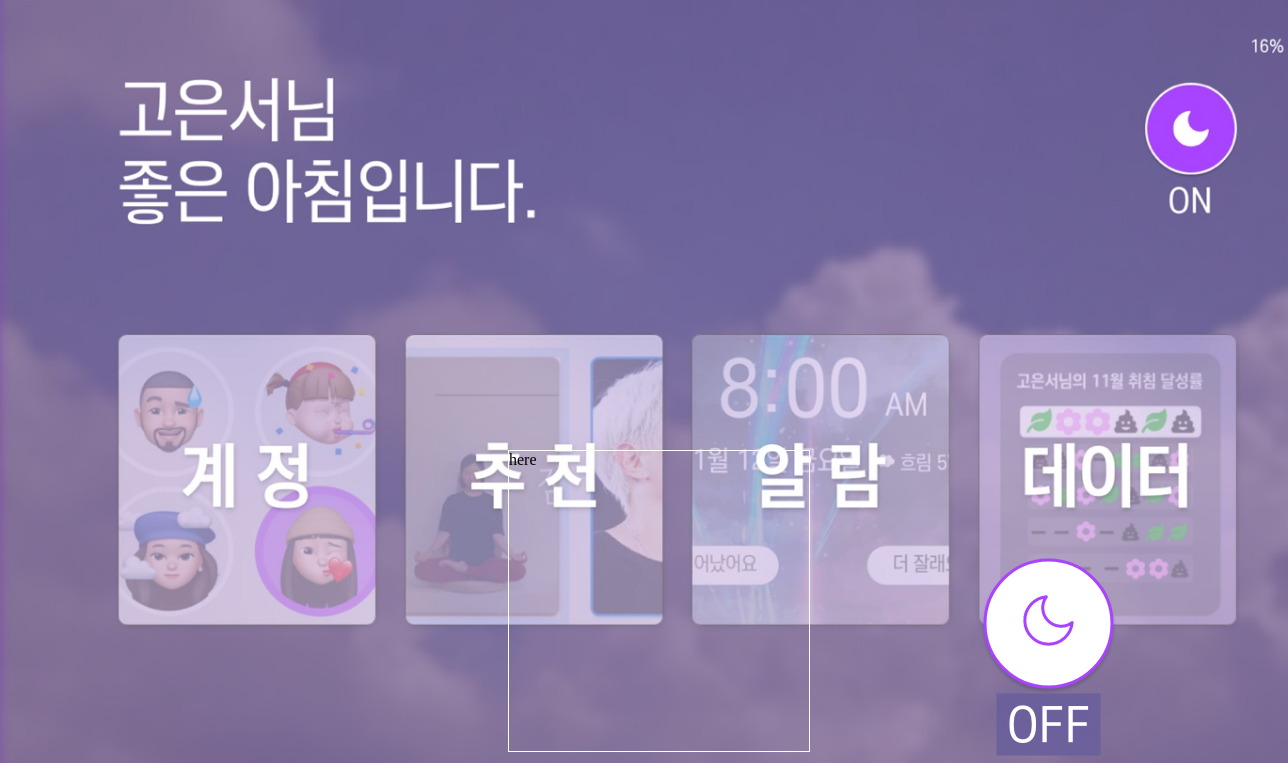
Repository: meanz1/SE_SleepWithMe
Page: SmartTVWorkspace/testapp/button.html
These files come from the project's save history. The page is drawn as it stood at one moment and after the next save; the edit follows.
The browser window is 1280 px wide. The page is 1288 px wide, so the pictures cover 1288 px, including what lies to the right of the window. The pictures show the whole page.

Above is the page before, as saved 2021-11-18 07:41:01.

### SmartTVWorkspace/testapp/button.html

<!DOCTYPE html>
<html>
<head>
<title>Example Web App</title>
<style type="text/css">
    body {
        background-image:url('main.jpg');
        background-repeat: no-repeat;
        background-size: cover;
        height: 100%;
        width: 100%;
    }
    .sleepON {
    	font-size: 50px;
    	text-align: center;
    }
    img {
    	float: right;
    	margin-top: 107px;
    	margin-right: 170px;

    }
    #cursor {
    	width: 300px;
    	height: 300px;
    	border: 1px solid white;
    	margin-left: 500px;
    	margin-top: 450px;
    }
</style>
<script type="text/javascript">
	function sleepon(){
		document.getElementById("officon").style.visibility = "hidden";
		window.location.href = "index.html";
	}



</script>
</head>
<body>
	<div id="officon">
		<img src="sleepoff.png" onclick="sleepon()"/>
	</div>

	<div id="cursor">here</div>
</body>
</html>

After the next save:
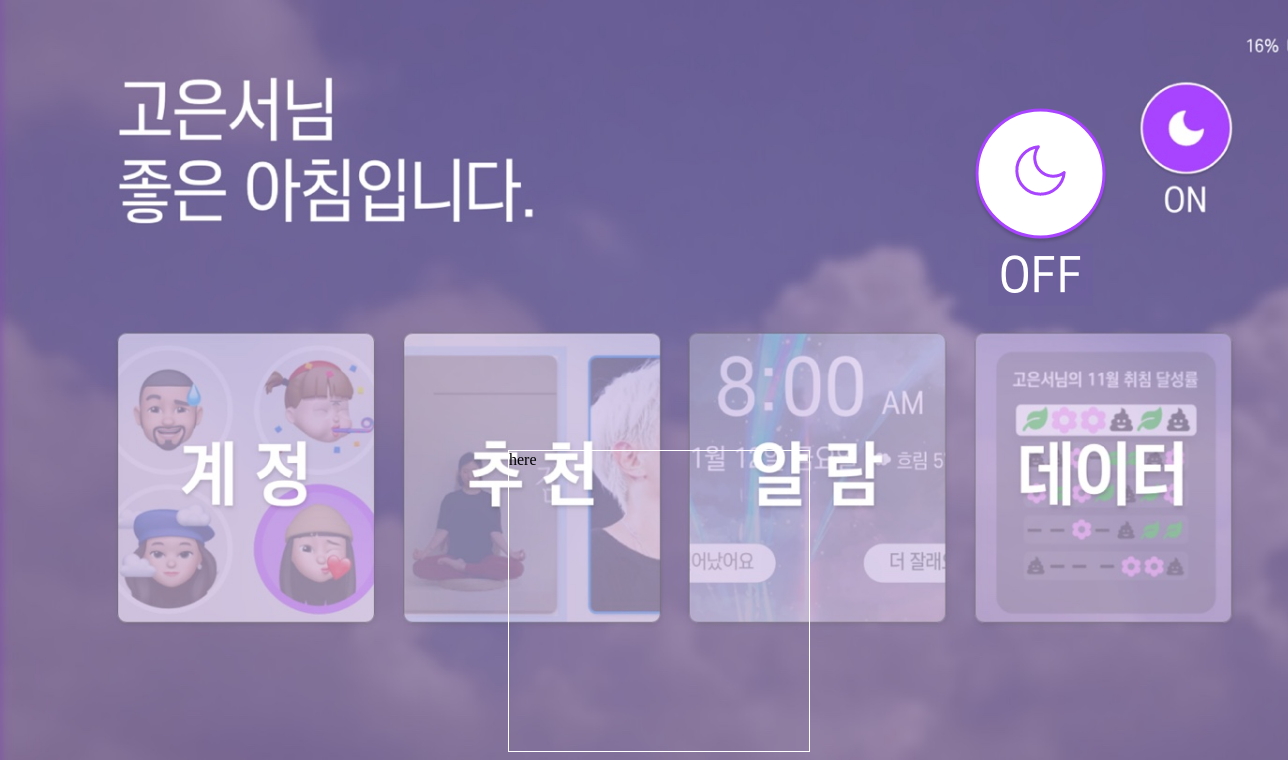
Saved 78 s later.
--- a/SmartTVWorkspace/testapp/button.html
+++ b/SmartTVWorkspace/testapp/button.html
@@ -17,8 +17,9 @@
     }
     img {
     	float: right;
-    	margin-top: 107px;
-    	margin-right: 170px;
+    	position: absolute;
+    	top: 107px;
+    	right: 170px;
 
     }
     #cursor {
